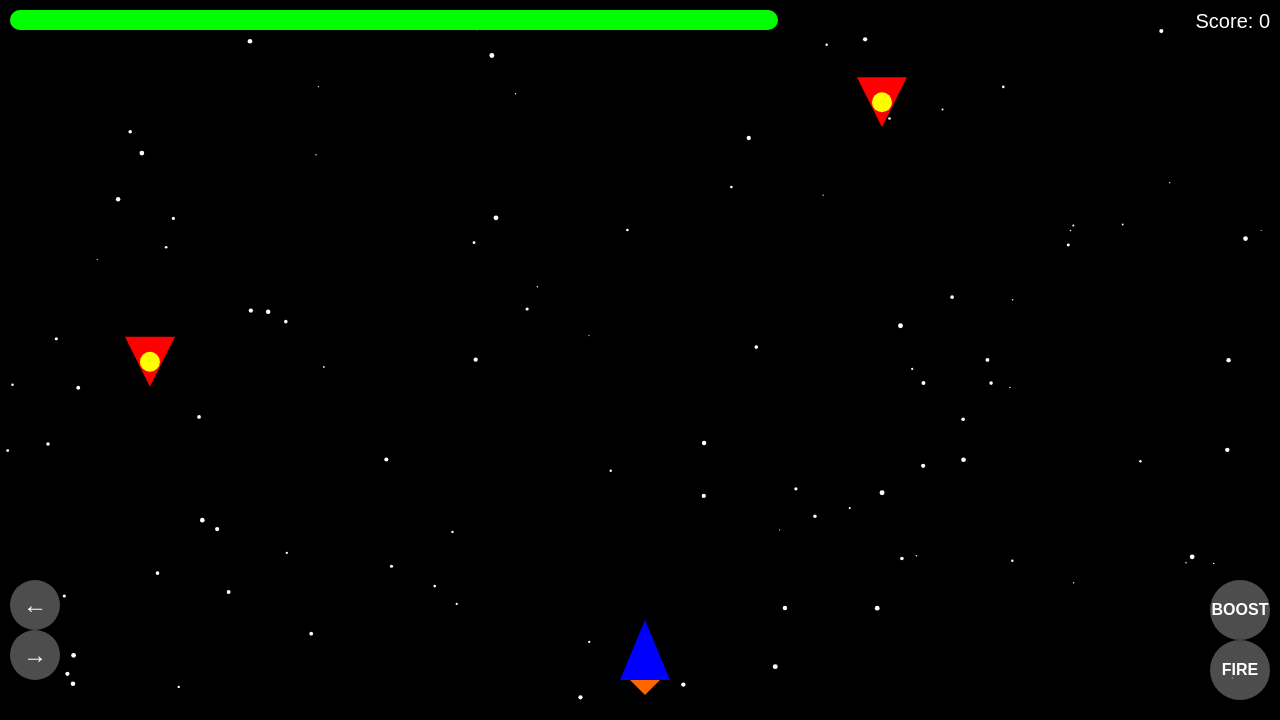
Repository: BiranOrundas/space-shooter
Page: space-shooter.html
An editor plug-in stored every save of this project. The page is shown before and after the next save, followed by the edit.
The browser window is 1280 px wide. The pictures show the whole page.

Above is the page before, as saved 2025-03-13 14:07:28.

After the next save:
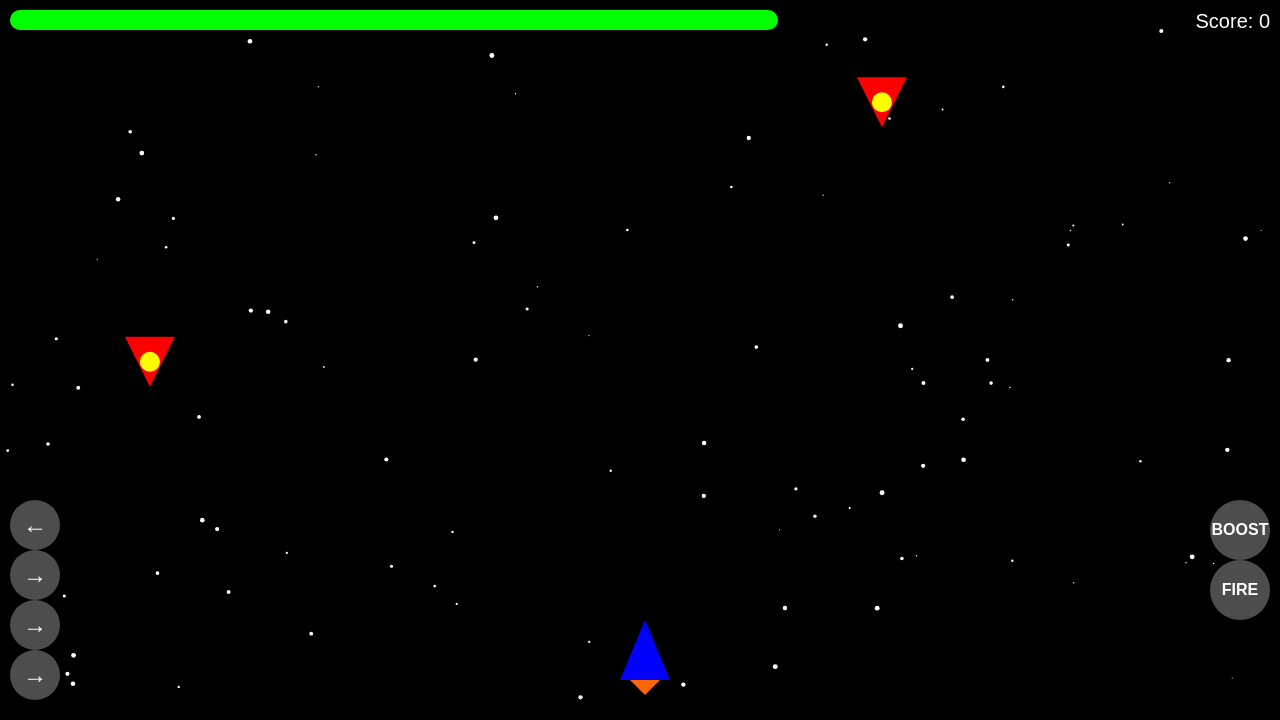
Saved 92 s later.
--- a/space-shooter.html
+++ b/space-shooter.html
@@ -143,6 +143,8 @@
       <div id="movement-controls">
         <div class="direction-btn" id="left-btn">←</div>
         <div class="direction-btn" id="right-btn">→</div>
+        <div class="direction-btn" id="up-btn">→</div>
+        <div class="direction-btn" id="down-btn">→</div>
       </div>
       <div id="action-controls">
         <div class="action-btn" id="boost-btn">BOOST</div>
